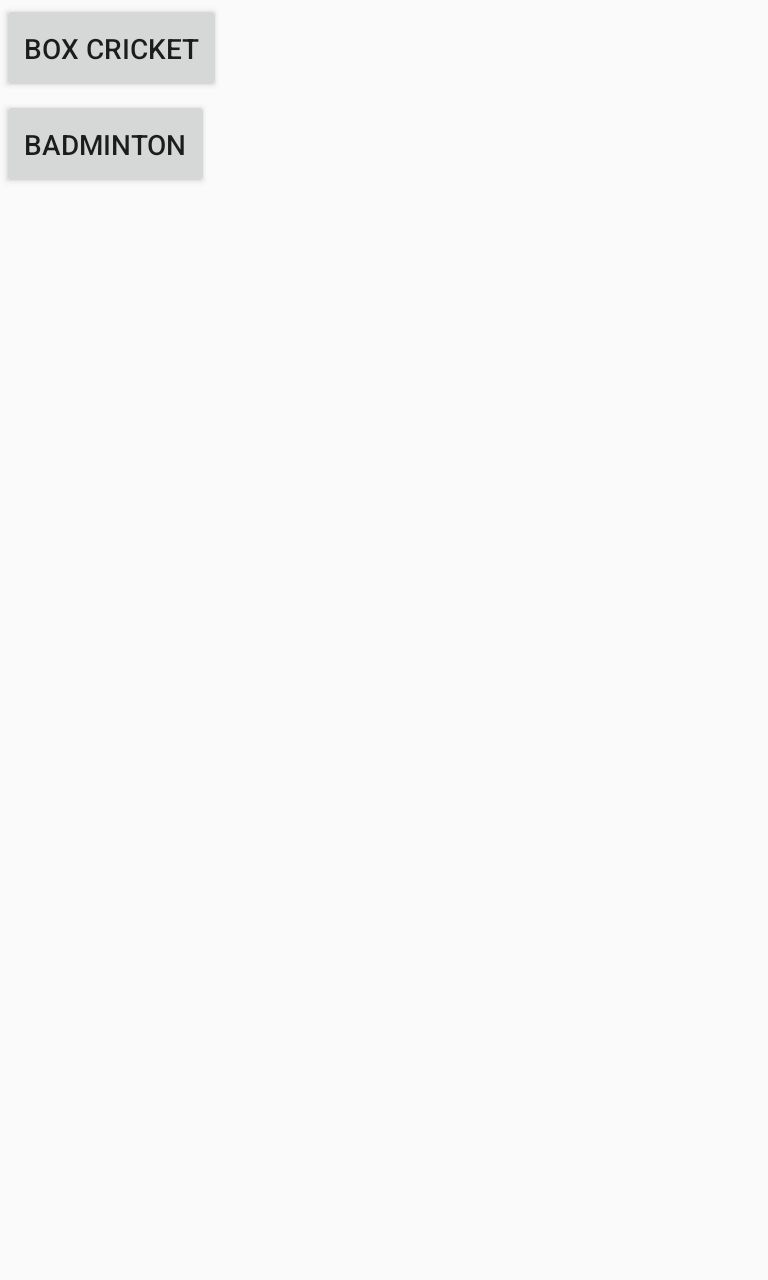
Repository: Attaphon1996/Engineering-Stuff
Layout: OSource/Android Play/Android_Projects/YASH15.0/res/layout/day3_sports.xml
An editor plug-in stored every save of this project. The layout is shown before and after the next save, followed by the edit.
It is drawn on a 768 x 1280 px phone screen (xhdpi) without system bars, with theme AppTheme; the app's code is not run.

Above is the layout before, as saved 2015-02-09 18:48:59.

### OSource/Android Play/Android_Projects/YASH15.0/res/layout/day3_sports.xml
<?xml version="1.0" encoding="utf-8"?>
<LinearLayout xmlns:android="http://schemas.android.com/apk/res/android"
    android:layout_width="match_parent"
    android:layout_height="match_parent"
    android:orientation="vertical" >

    <Button
        android:id="@+id/boxcricket"
        android:layout_width="wrap_content"
        android:layout_height="wrap_content"
        android:text="BOX CRICKET" />

    <Button
        android:id="@+id/badminton"
        android:layout_width="wrap_content"
        android:layout_height="wrap_content"
        android:text="BADMINTON" />

</LinearLayout>

Loaded but not shown: OSource/Android Play/Android_Projects/YASH15.0/res/values/styles.xml (common file); OSource/Android Play/Android_Projects/YASH15.0/res/values-v11/styles.xml (common file); OSource/Android Play/Android_Projects/YASH15.0/res/values-v14/styles.xml (common file)

After the next save:
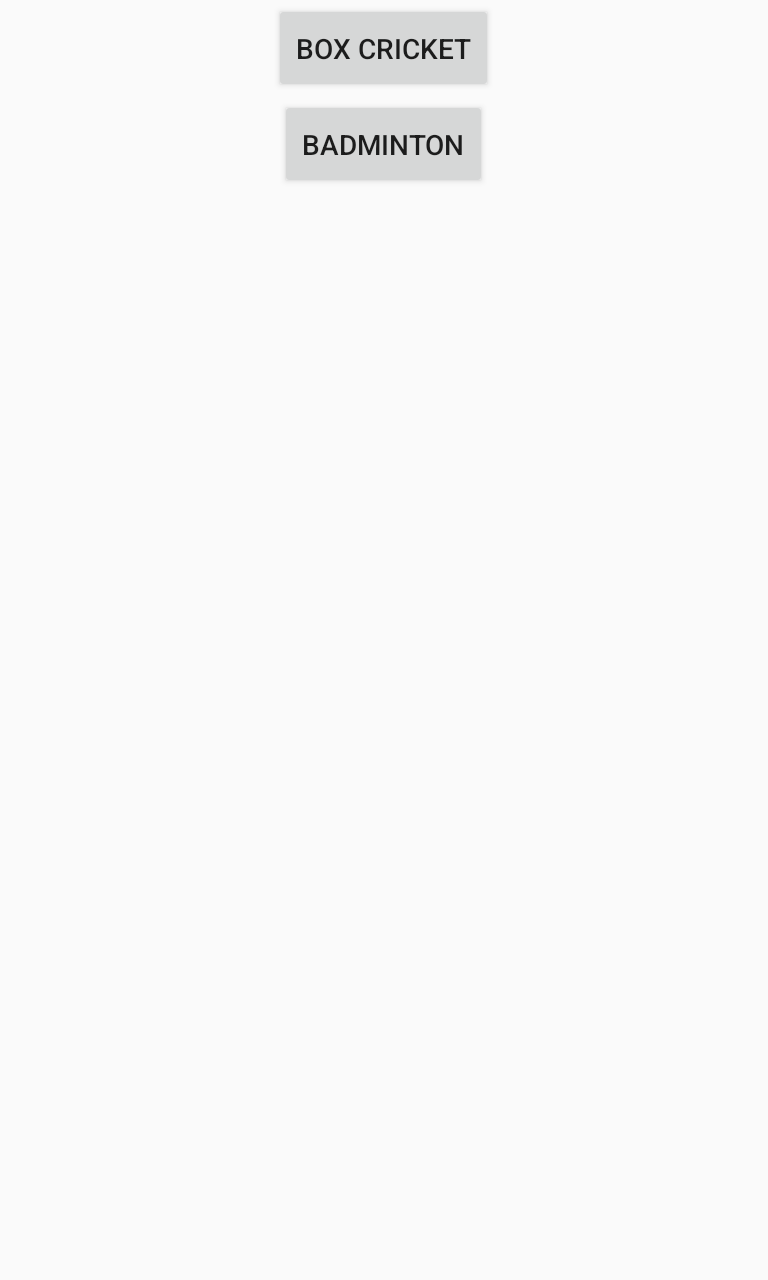
Saved 26 s later.
--- a/OSource/Android Play/Android_Projects/YASH15.0/res/layout/day3_sports.xml
+++ b/OSource/Android Play/Android_Projects/YASH15.0/res/layout/day3_sports.xml
@@ -8,12 +8,14 @@
         android:id="@+id/boxcricket"
         android:layout_width="wrap_content"
         android:layout_height="wrap_content"
-        android:text="BOX CRICKET" />
+        android:text="BOX CRICKET"
+        android:layout_gravity="center" />
 
     <Button
         android:id="@+id/badminton"
         android:layout_width="wrap_content"
         android:layout_height="wrap_content"
-        android:text="BADMINTON" />
+        android:text="BADMINTON"
+        android:layout_gravity="center" />
 
 </LinearLayout>
